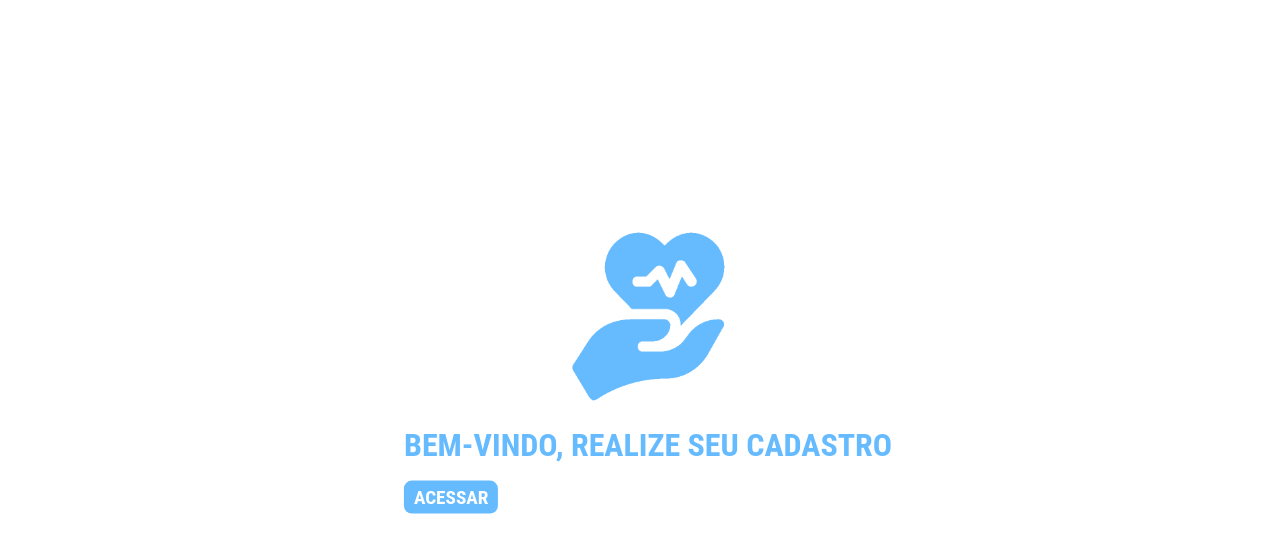
Repository: ohenriquesouza/HospitalCRUD-using-JavaEE
Page: JSP_test/src/main/webapp/index.html
The author's editor kept a copy of each file at every save. The page is drawn from the files as they stood at one save, then again after the next save.
The browser window is 1280 px wide. The pictures show the whole page.
Some web fonts or font styles are not loaded; a fallback is used.

Above is the page before, as saved 2022-12-27 02:25:07.

### JSP_test/src/main/webapp/index.html
<!DOCTYPE html>
<html lang="pt-br">
<head>
    <meta charset="UTF-8">
    <meta http-equiv="X-UA-Compatible" content="IE=edge">
    <meta name="viewport" content="width=device-width, initial-scale=1.0">
    <title>Document</title>
    <link rel="icon" href="imgs/usericon.png">
    <link rel="stylesheet" href="style.css">
</head>
    <body>
    	<center><img width="173px" src="imgs/saudeicon.png"></center>
      	<h1>BEM-VINDO, REALIZE SEU CADASTRO</h1>
      	<a href="main" class="botao1">ACESSAR</a>
    </body>
</html>

### JSP_test/src/main/webapp/style.css
@charset "utf-8";
@import url('https://fonts.googleapis.com/css2?family=Roboto+Condensed:wght@300&display=swap');
body{
    position: absolute;
    top: 50%;
    left: 50%;
    transform: translate(-50%, -50%);
	font-size: 1em;
	font-weight: 400;
	font-family: 'Roboto Condensed', sans-serif;
}
h1{
	color: #66bbff;
}
.botao1{
	text-decoration: none;
	background-color: #66bbff;
	padding: 5px 10px 5px 10px;
	color: #fff;
	font-size: 1.2em;
	font-weight: 700;
	border-radius: 8px;
}

After the next save:
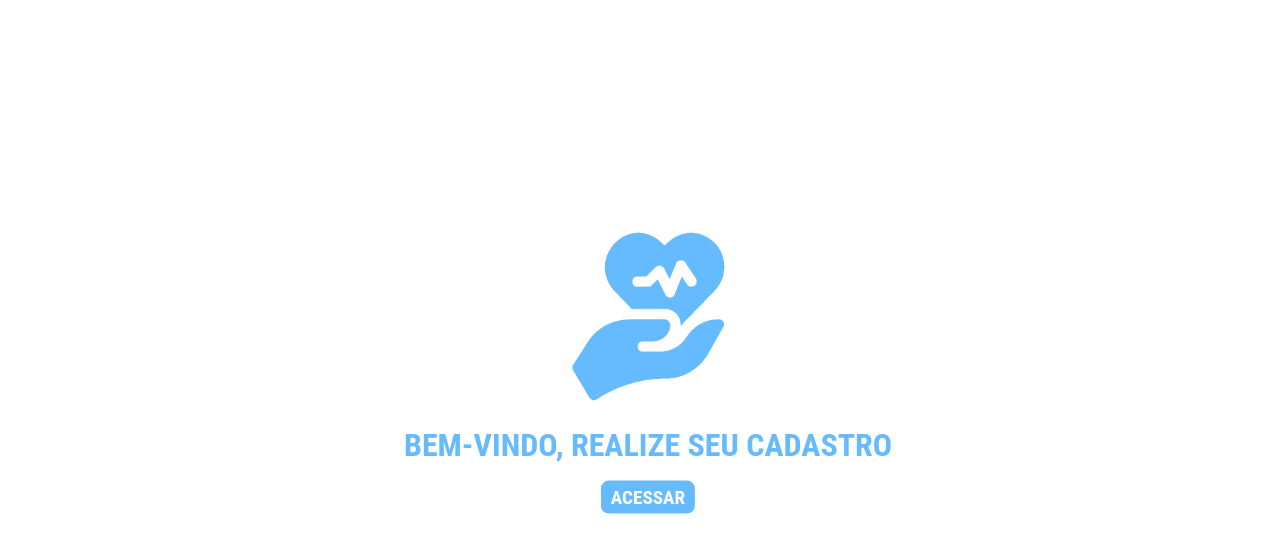
Saved 21 s later.
--- a/JSP_test/src/main/webapp/index.html
+++ b/JSP_test/src/main/webapp/index.html
@@ -11,6 +11,6 @@
     <body>
     	<center><img width="173px" src="imgs/saudeicon.png"></center>
       	<h1>BEM-VINDO, REALIZE SEU CADASTRO</h1>
-      	<a href="main" class="botao1">ACESSAR</a>
+      	<center><a href="main" class="botao1">ACESSAR</a></center>
     </body>
 </html>
